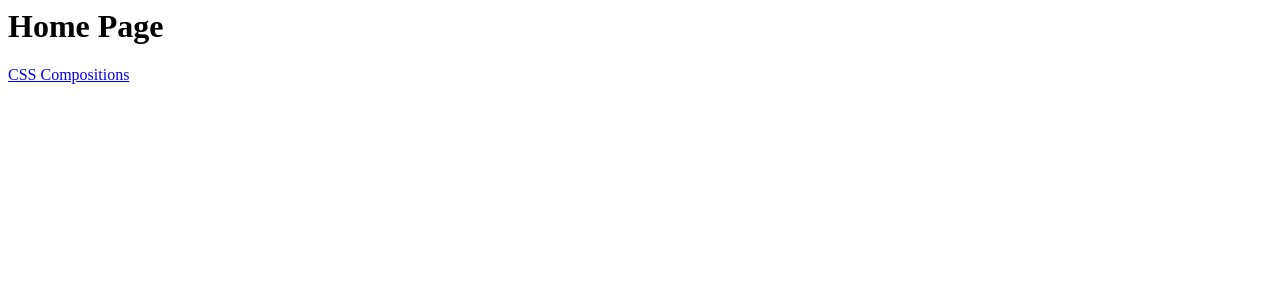
Repository: hanj291/hanj291.github.io
Page: index.html
The author's editor kept a record of every edit. The page is drawn from the files as they stood at one moment, then again after the next edit.
The browser window is 1280 px wide. The pictures show the whole page.

Above is the page before.

After the next edit:
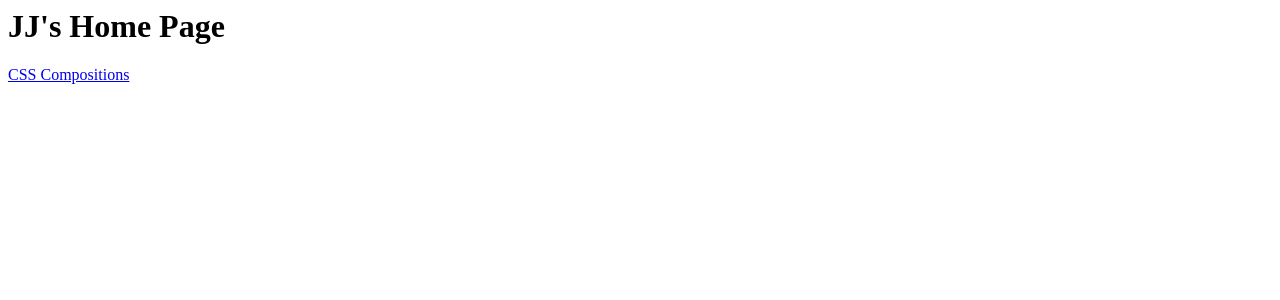
The edit:
--- a/index.html
+++ b/index.html
@@ -4,7 +4,7 @@
     </head>
 
     <body>
-        <h1>Home Page</h1>
+        <h1>JJ's Home Page</h1>
         <a href="CSS_composition/composition.html">CSS Compositions</a>
 
 
